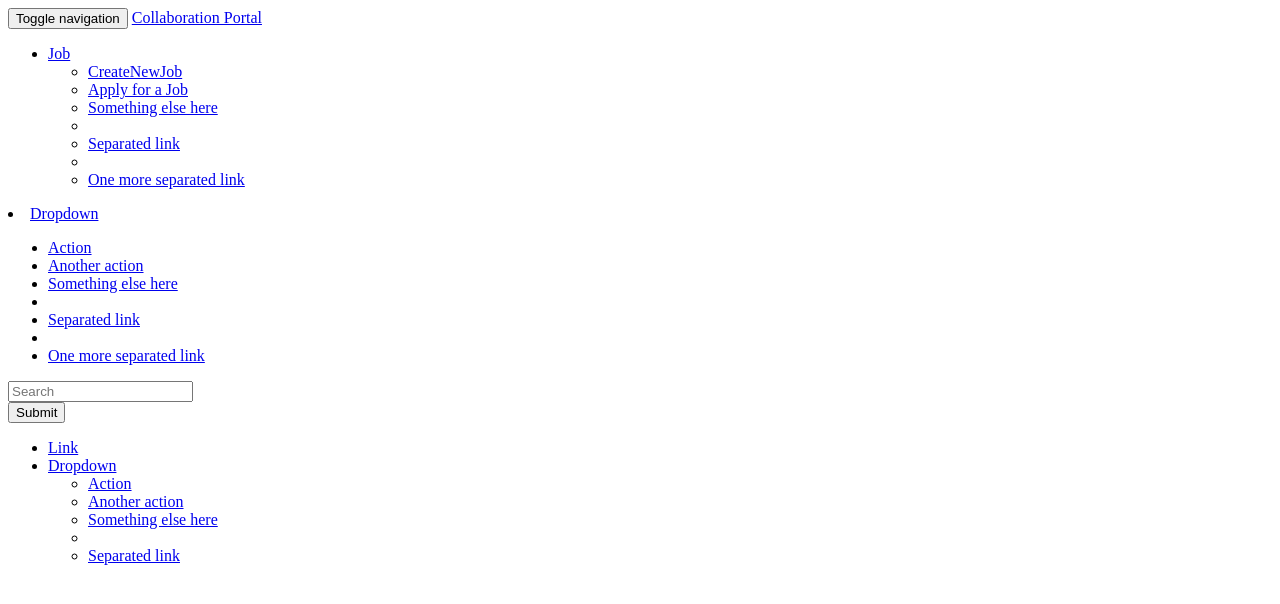
Repository: KaustubhKamat/CollaborationPlatform
Page: CollaborationFrontEnd/WebContent/NavBar.html
The author's editor kept a copy of each file at every save. The page is drawn from the files as they stood at one save, then again after the next save.
The browser window is 1280 px wide. The pictures show the whole page.

Above is the page before, as saved 2017-03-01 14:05:23.

After the next save:
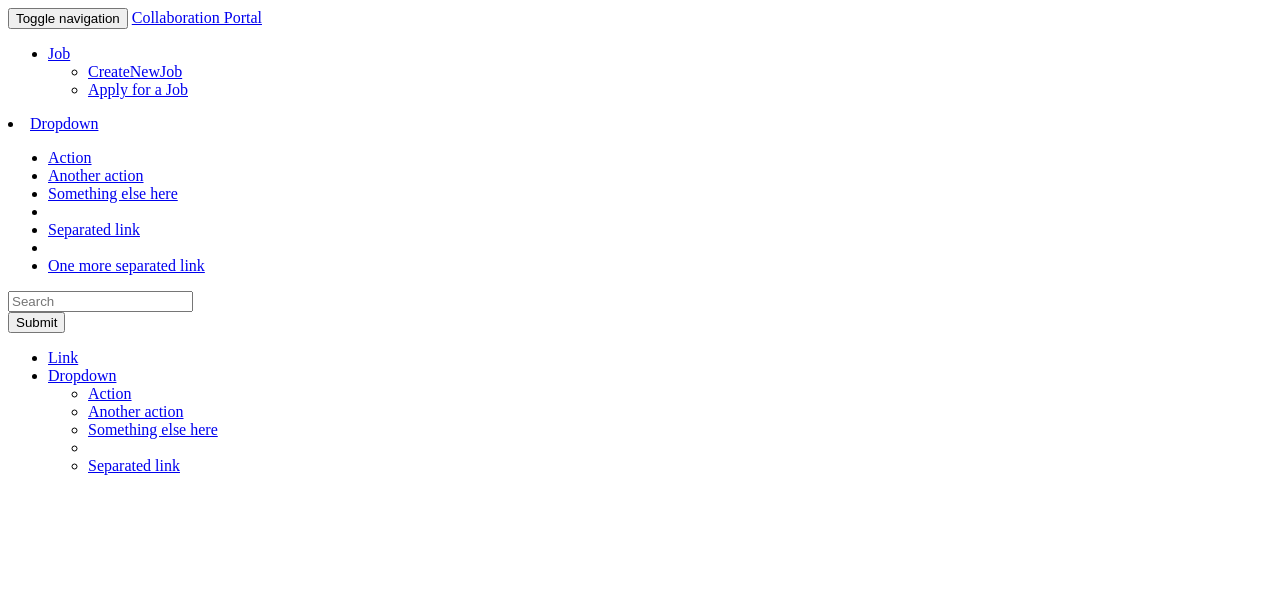
Saved 37 s later.
--- a/CollaborationFrontEnd/WebContent/NavBar.html
+++ b/CollaborationFrontEnd/WebContent/NavBar.html
@@ -23,11 +23,8 @@
 					<ul class="dropdown-menu">
 						<li><a href="#">CreateNewJob</a></li>
 						<li><a href="#">Apply for a Job</a></li>
-						<li><a href="#">Something else here</a></li>
-						<li role="separator" class="divider"></li>
-						<li><a href="#">Separated link</a></li>
-						<li role="separator" class="divider"></li>
-						<li><a href="#">One more separated link</a></li>
+
+
 					</ul></li>
 			</ul>
 
